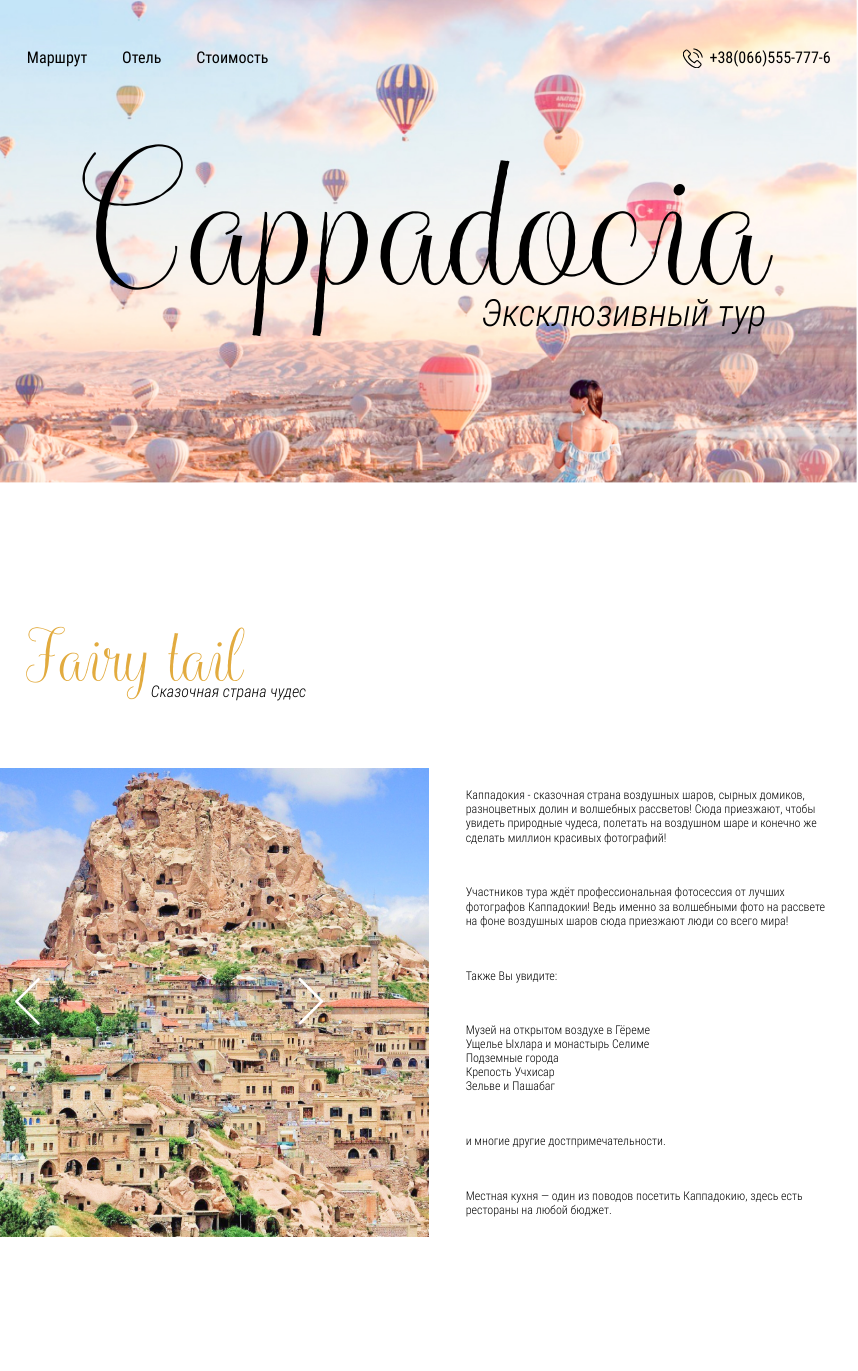
Repository: Lareeman/cappadocia
Page: index.html
These files come from the project's save history. The page is drawn as it stood at one moment and after the next save; the edit follows.
The browser window is 1280 px wide. The pictures show the whole page, at 67% of full size.

Above is the page before, as saved 2024-01-27 14:13:13.

After the next save:
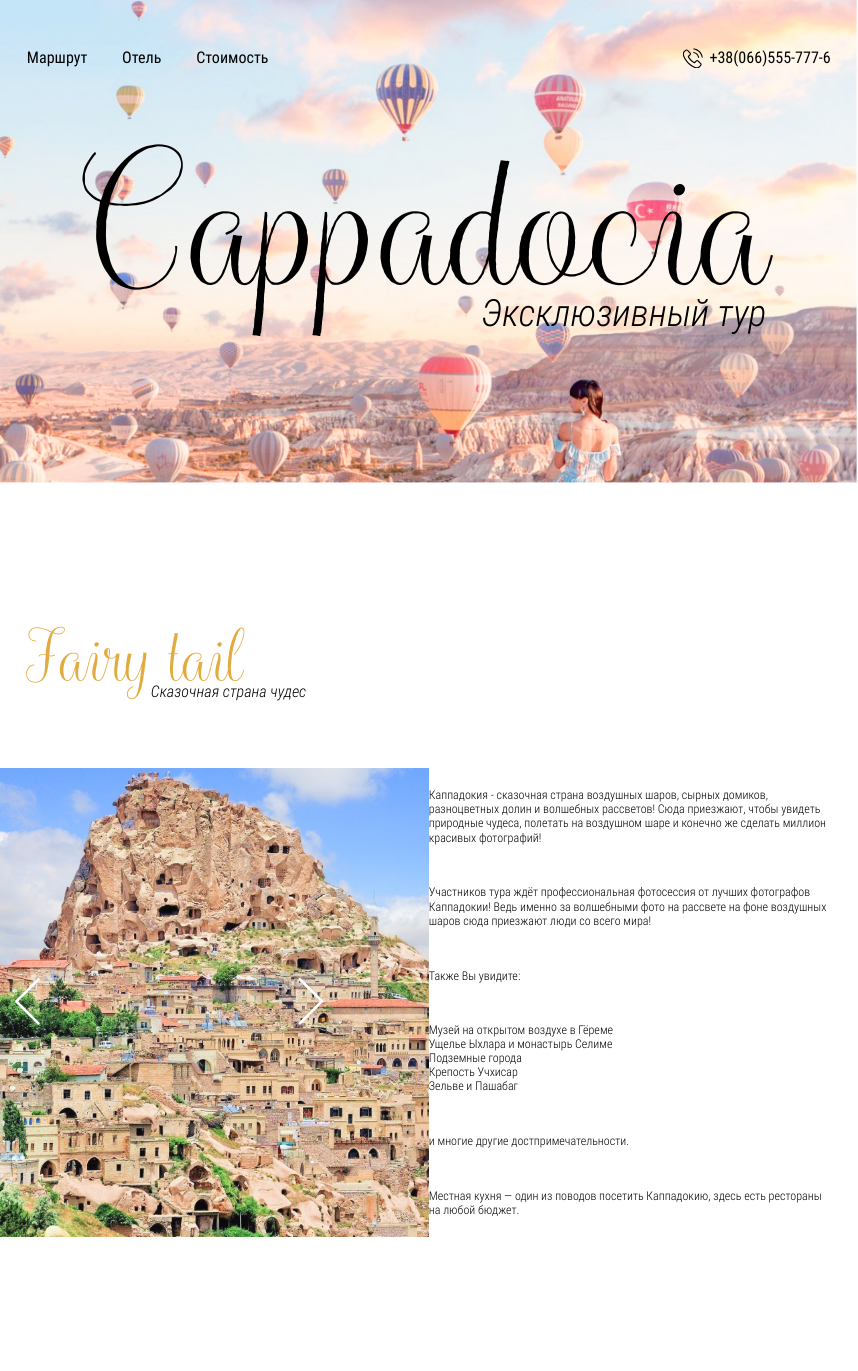
Saved 2 min 14 s later.
--- a/css/style.css
+++ b/css/style.css
@@ -214,7 +214,7 @@ body {
 .fairy__body {
   width: 50%;
   margin-left: auto;
-  padding-left: 55px;
+
   display: flex;
   flex-direction: column;
   justify-content: space-around;
